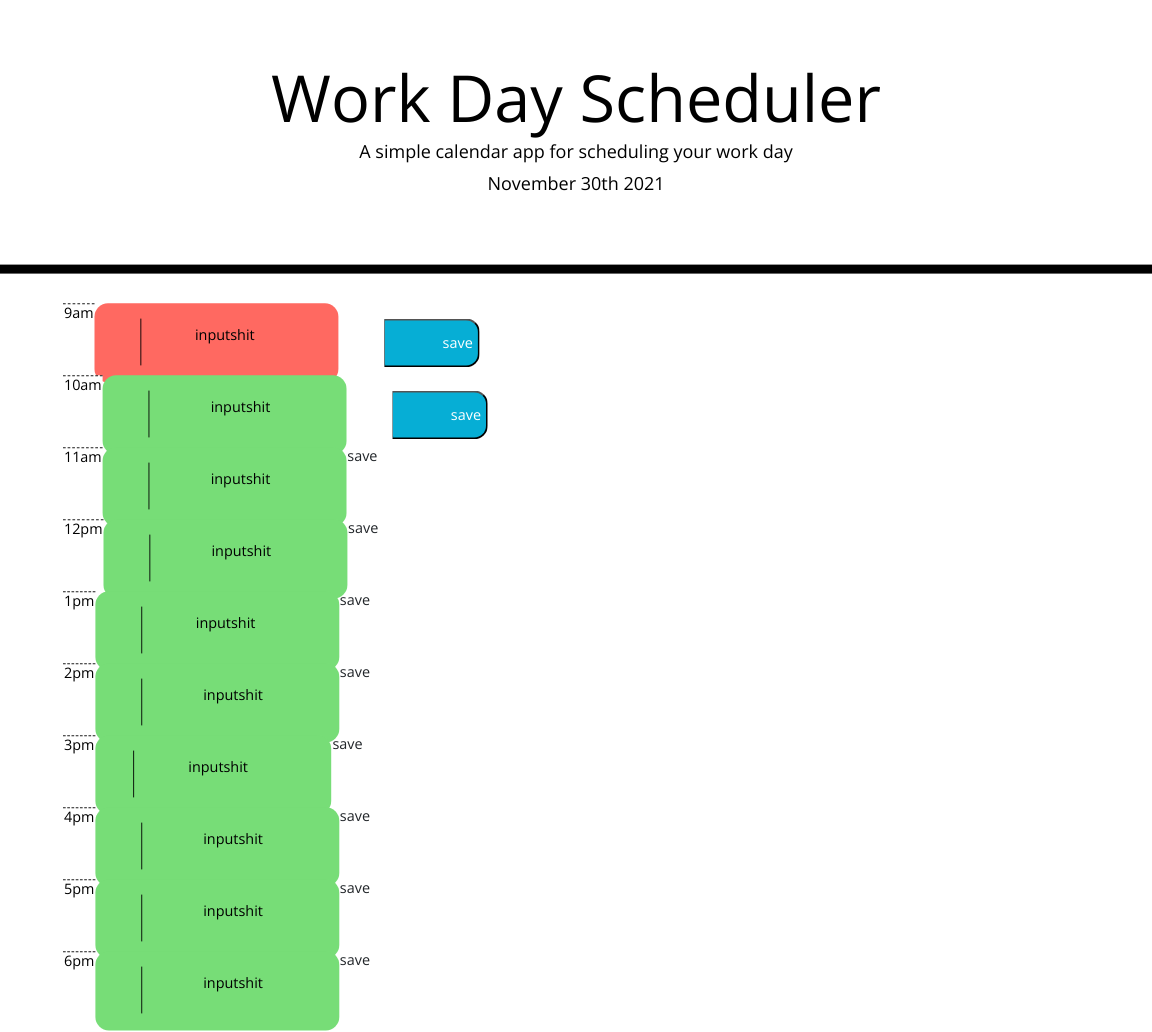
Repository: Naomilounsbury/work-day-scheduler
Page: index.html
An editor plug-in stored every save of this project. The page is shown before and after the next save, followed by the edit.
The browser window is 1280 px wide. The pictures show the whole page, at 90% of full size.
Some web libraries are served in a nearby version.

Above is the page before, as saved 2021-12-01 20:56:25.

After the next save:
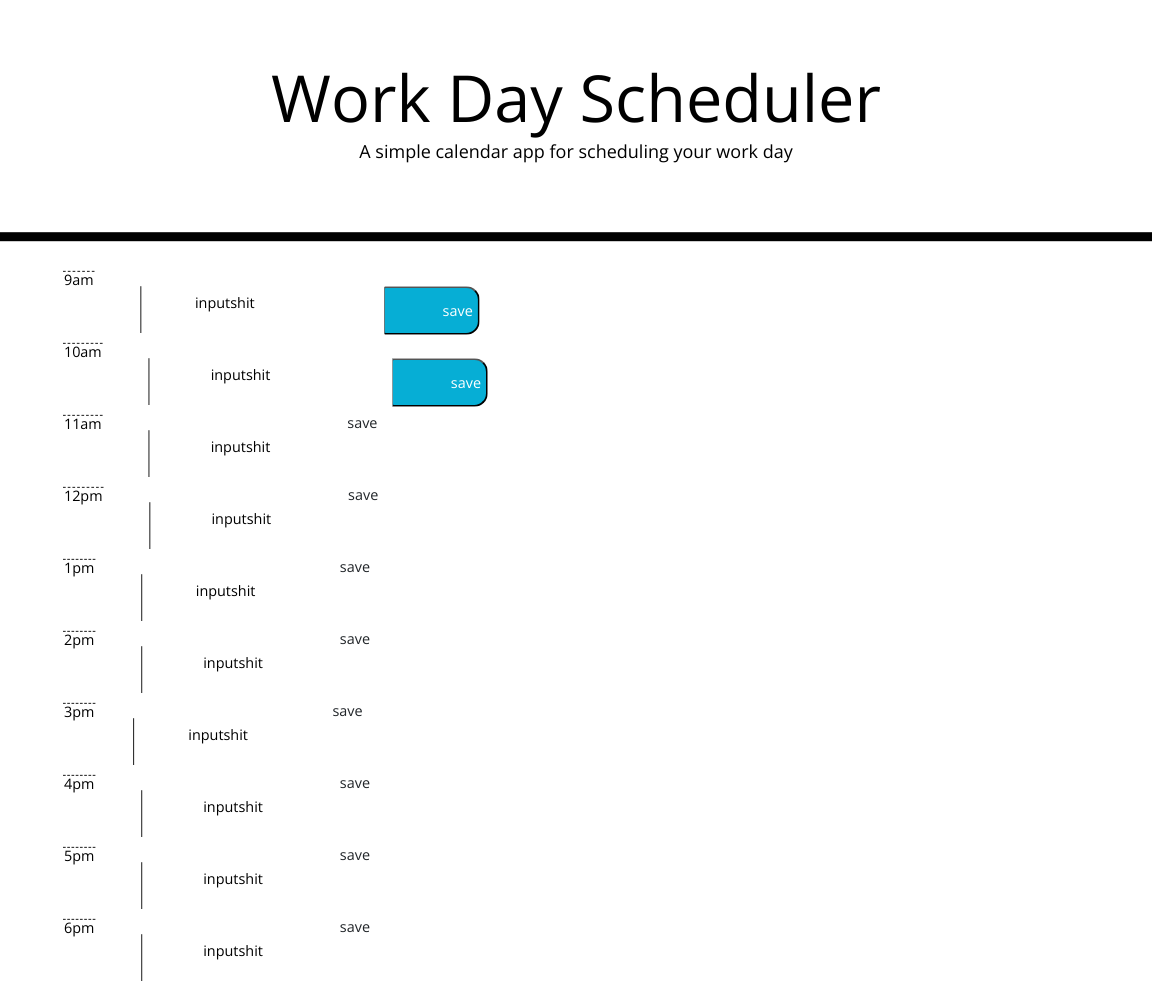
Console error: SyntaxError: Unexpected token ')'
Saved 68 s later.
--- a/assets/js/script.js
+++ b/assets/js/script.js
@@ -13,7 +13,7 @@
     var text = document.getElementById(`btn${index}`)
     console.log(text.value)
     saveBtns[i].addEventListener("click", function(){
-        console.log(document.getElementById(`btn${saveBtns[i]}`))
+        console.log(text.value))
     })
 }
 currentDayEl.innerText = displayDate

After the save that followed:
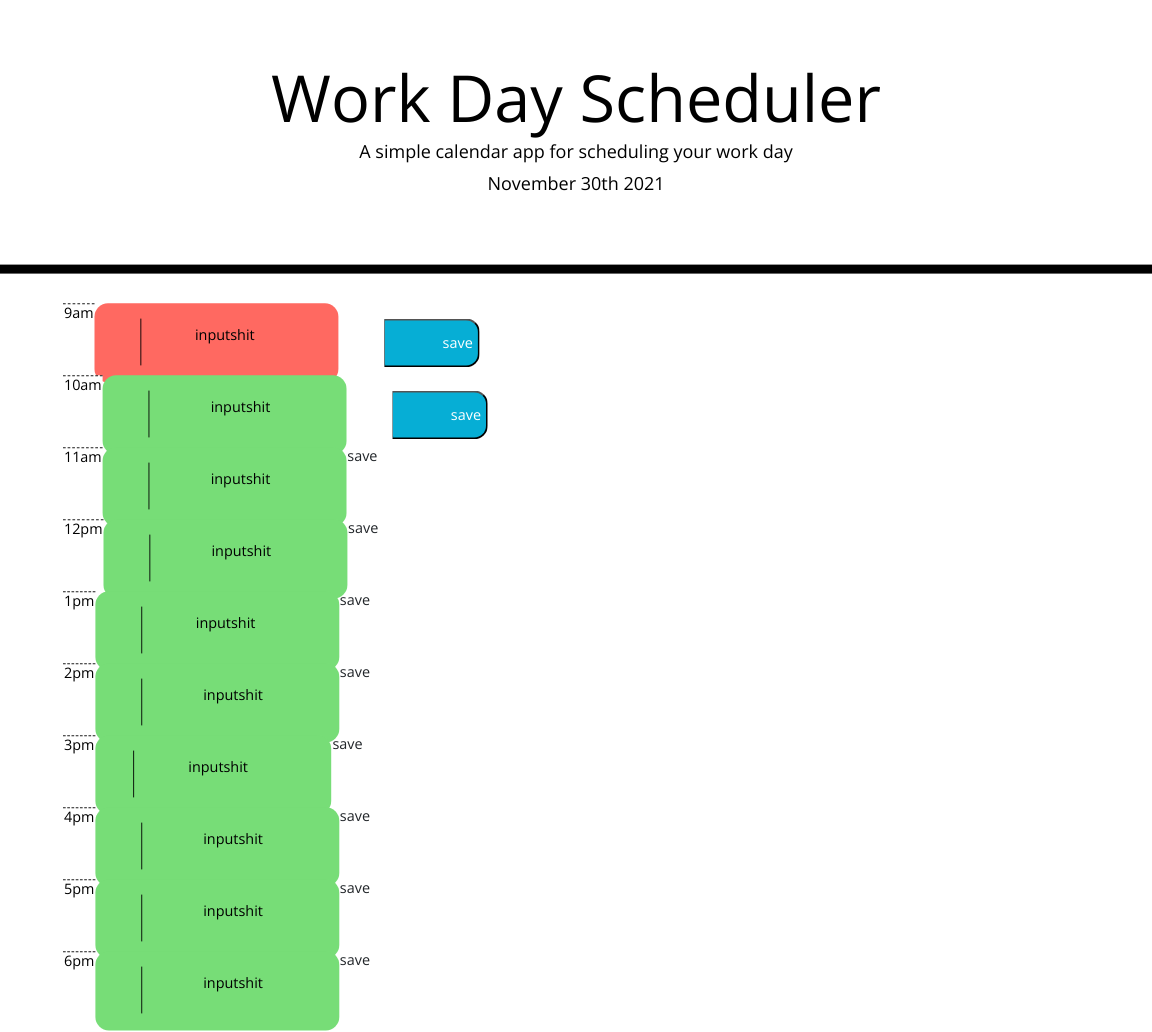
The error is gone.
Saved 18 s later.
--- a/assets/js/script.js
+++ b/assets/js/script.js
@@ -13,7 +13,7 @@
     var text = document.getElementById(`btn${index}`)
     console.log(text.value)
     saveBtns[i].addEventListener("click", function(){
-        console.log(text.value))
+        console.log(text.value)
     })
 }
 currentDayEl.innerText = displayDate
